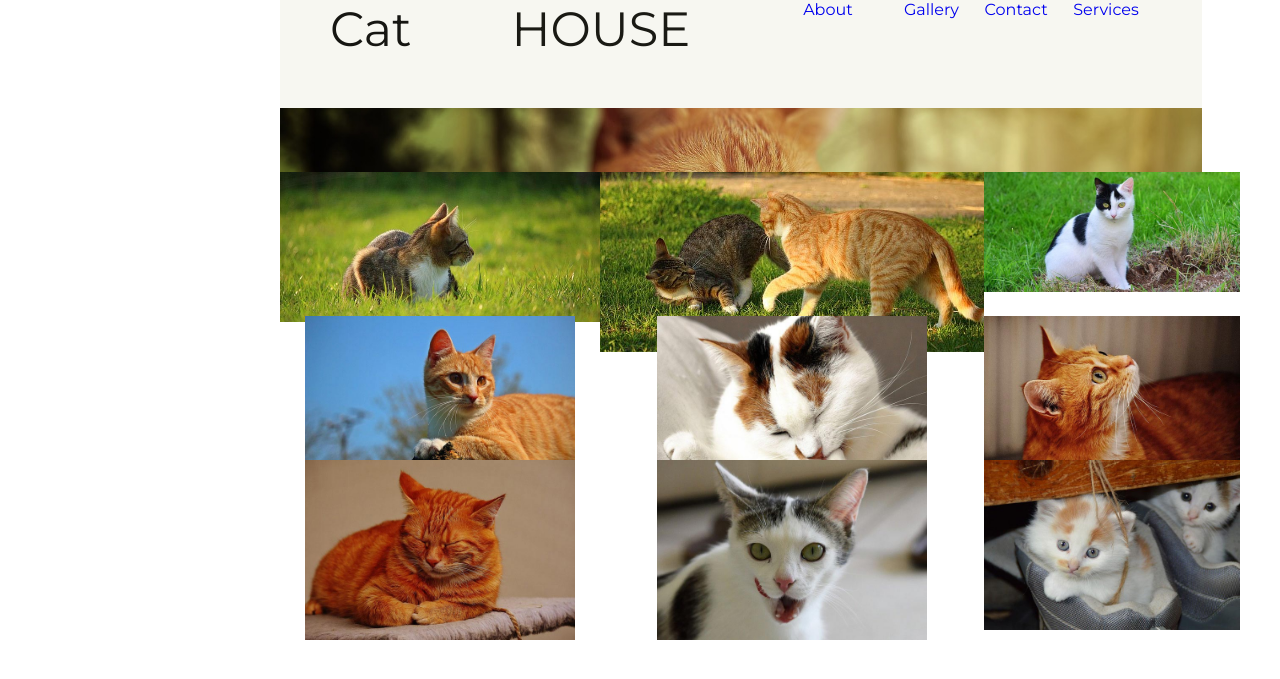
Repository: raul4264/final
Page: Gallery.html
An editor plug-in stored every save of this project. The page is shown before and after the next save, followed by the edit.
The browser window is 1280 px wide. The pictures show the whole page.

Above is the page before, as saved 2021-03-22 13:57:57.

After the next save:
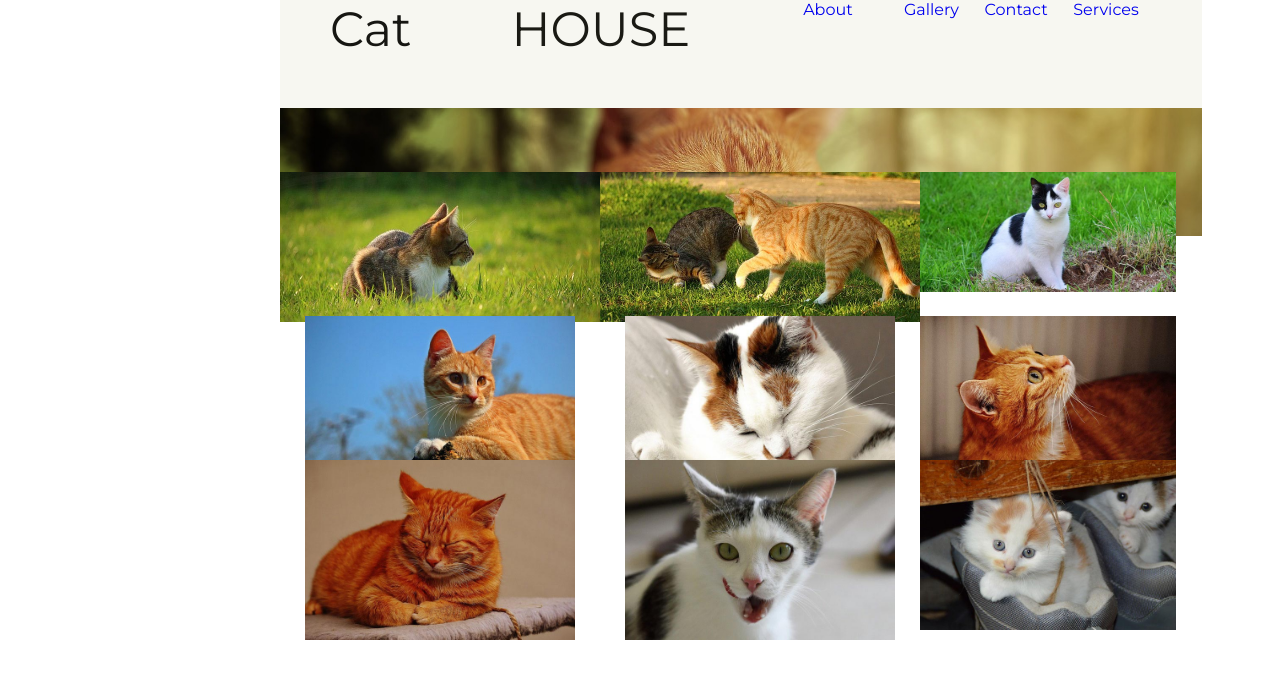
Saved 17 s later.
--- a/css/gallery.css
+++ b/css/gallery.css
@@ -98,7 +98,7 @@ header {
 } */
 main {
     display: grid;
-    grid-template-columns: 25vw 30vw 20vw;
+    grid-template-columns: 25vw 25vw 20vw;
     grid-template-rows: 20vh 20vh 20vh;
     grid-column-start: 1;
     grid-column-end: 4;
